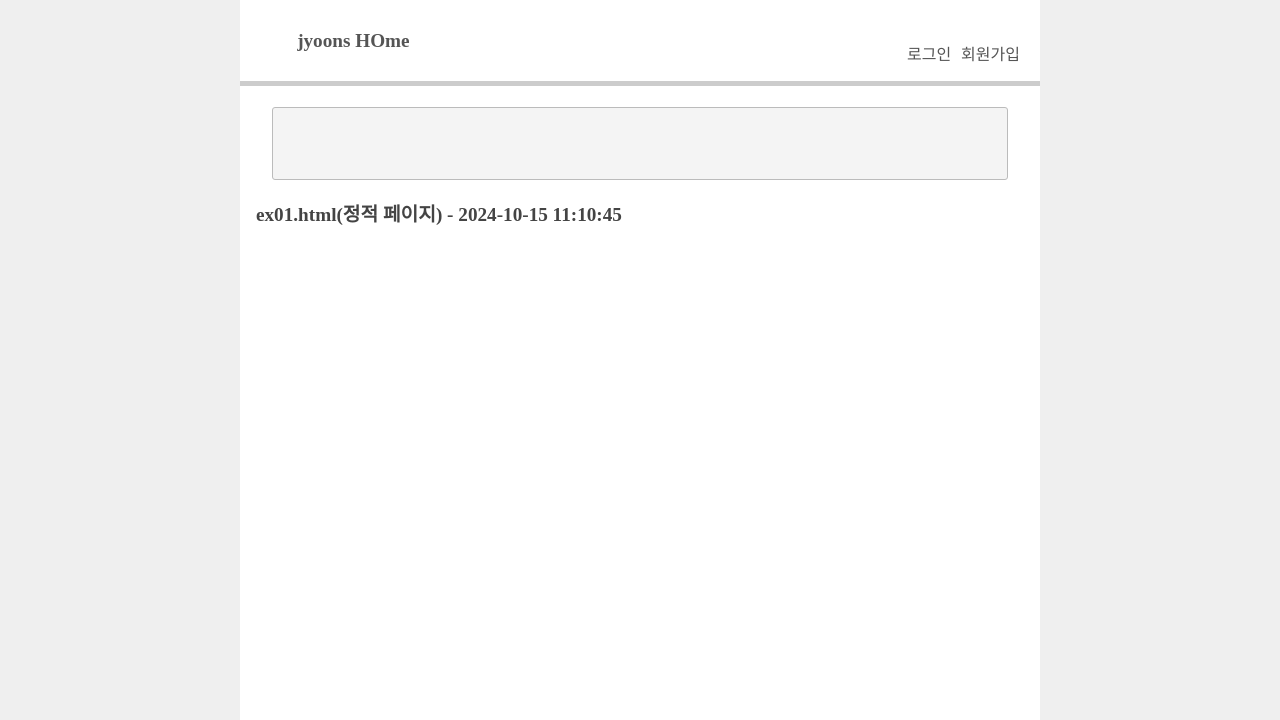
Repository: jyoons00/JSP-sample
Page: http://localhost/jspPro/days01/ex01.jsp
These files come from the project's save history. The page is drawn as it stood at one moment and after the next save; the edit follows.
The browser window is 1280 px wide. The pictures show the whole page.
Some web fonts or font styles are not loaded; a fallback is used. The page is served by Tomcat 9.

Above is the page before, as saved 2024-10-15 02:12:45.

After the next save:
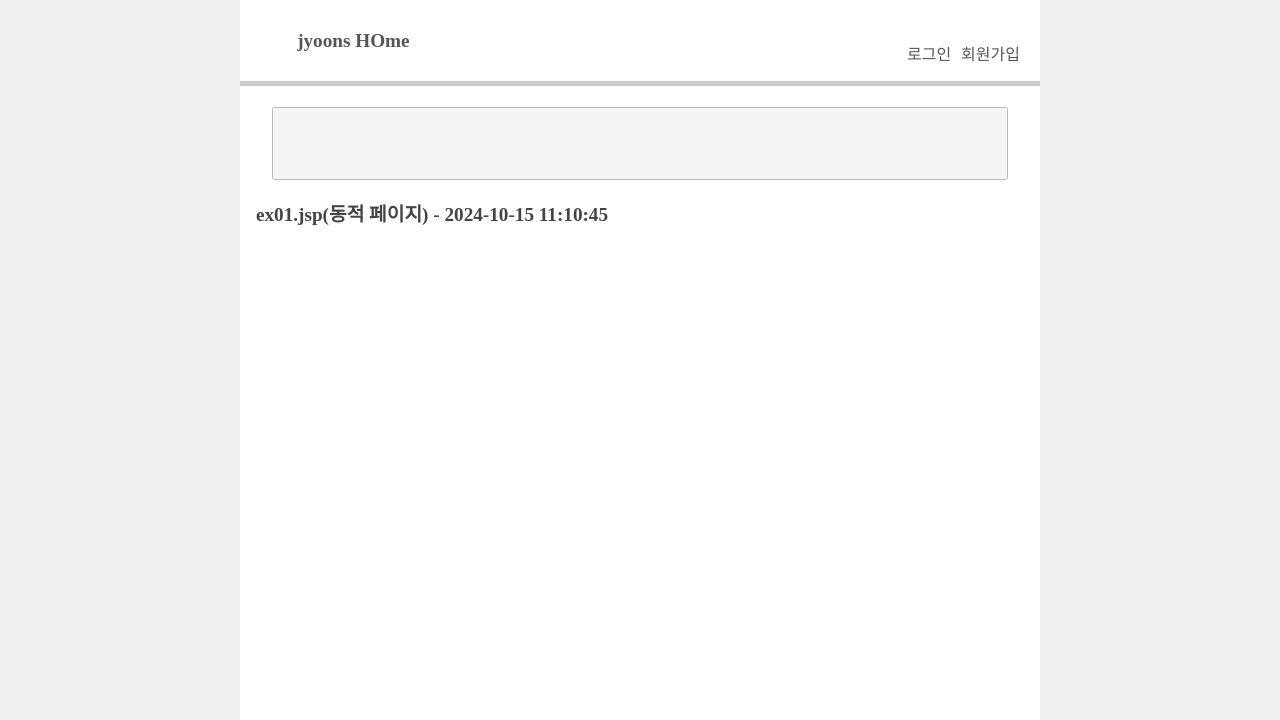
Saved 11 s later.
--- a/jspPro/src/main/webapp/days01/ex01.jsp
+++ b/jspPro/src/main/webapp/days01/ex01.jsp
@@ -37,7 +37,7 @@
 
   	  </xmp>
 
-  	    <h3>ex01.html(정적 페이지) - 2024-10-15 11:10:45</h3>
+  	    <h3>ex01.jsp(동적 페이지) - 2024-10-15 11:10:45</h3>
     </div>
 
   </body>
